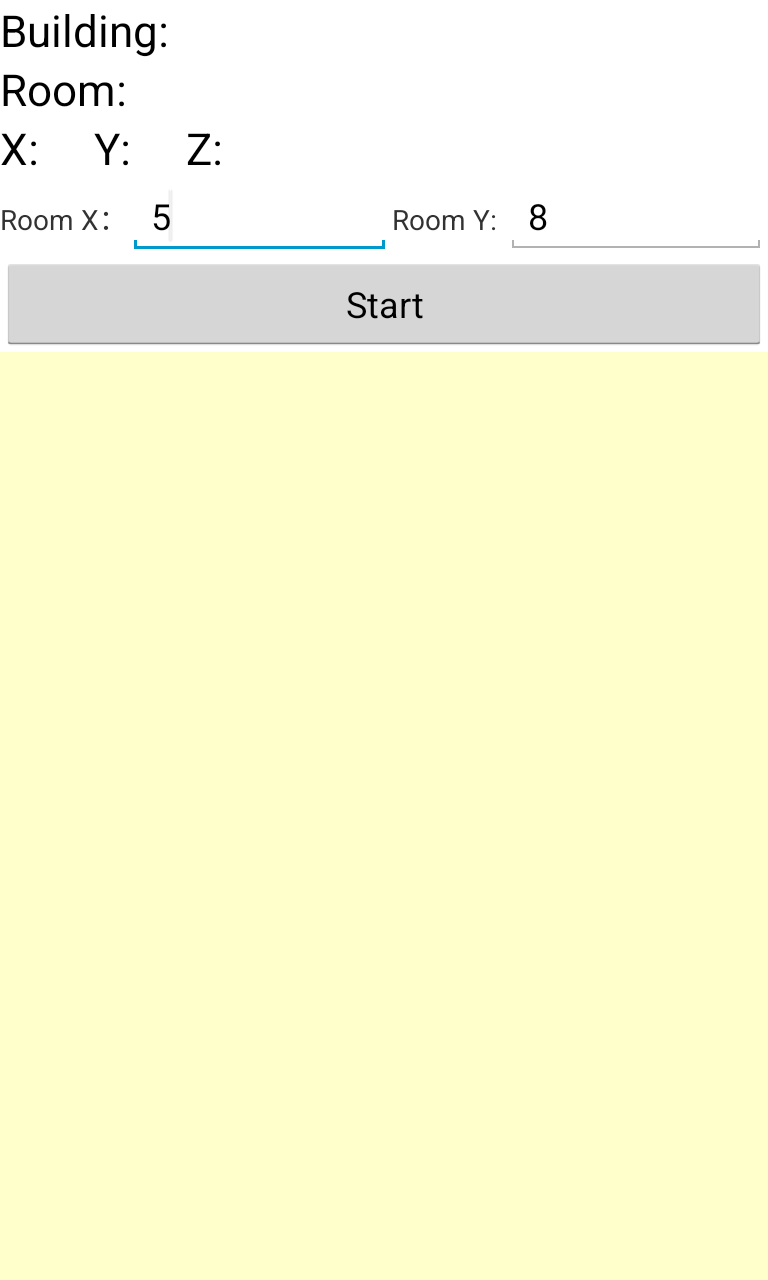
Repository: RenchuSong/tMap_Android
Layout: tmap_model_tool/res/layout/locating.xml
An editor plug-in stored every save of this project. The layout is shown before and after the next save, followed by the edit.
It is drawn on a 768 x 1280 px phone screen (xhdpi) without system bars, with theme AppTheme; the app's code is not run.

Above is the layout before, as saved 2014-05-11 22:35:34.

After the next save:
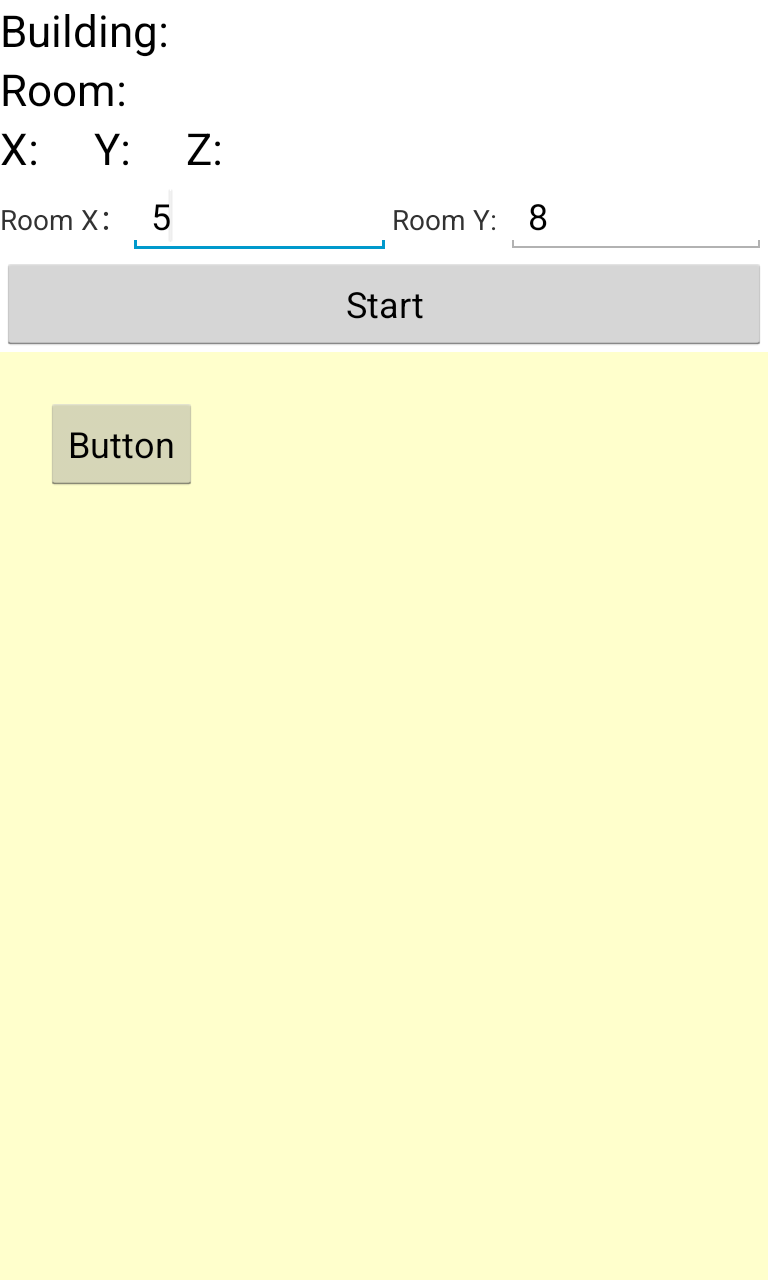
Saved 67 s later.
--- a/tmap_model_tool/res/layout/locating.xml
+++ b/tmap_model_tool/res/layout/locating.xml
@@ -72,6 +72,17 @@
         android:layout_width="match_parent"
         android:layout_height="match_parent"
         android:background="#ffffcc" >
+
+        <Button
+            android:id="@+id/person"
+            android:layout_width="wrap_content"
+            android:layout_height="wrap_content"
+            android:layout_alignParentLeft="true"
+            android:layout_alignParentTop="true"
+            android:layout_marginLeft="22dp"
+            android:layout_marginTop="22dp"
+            android:text="Button" />
+
     </RelativeLayout>
 
 </LinearLayout>

After the save that followed:
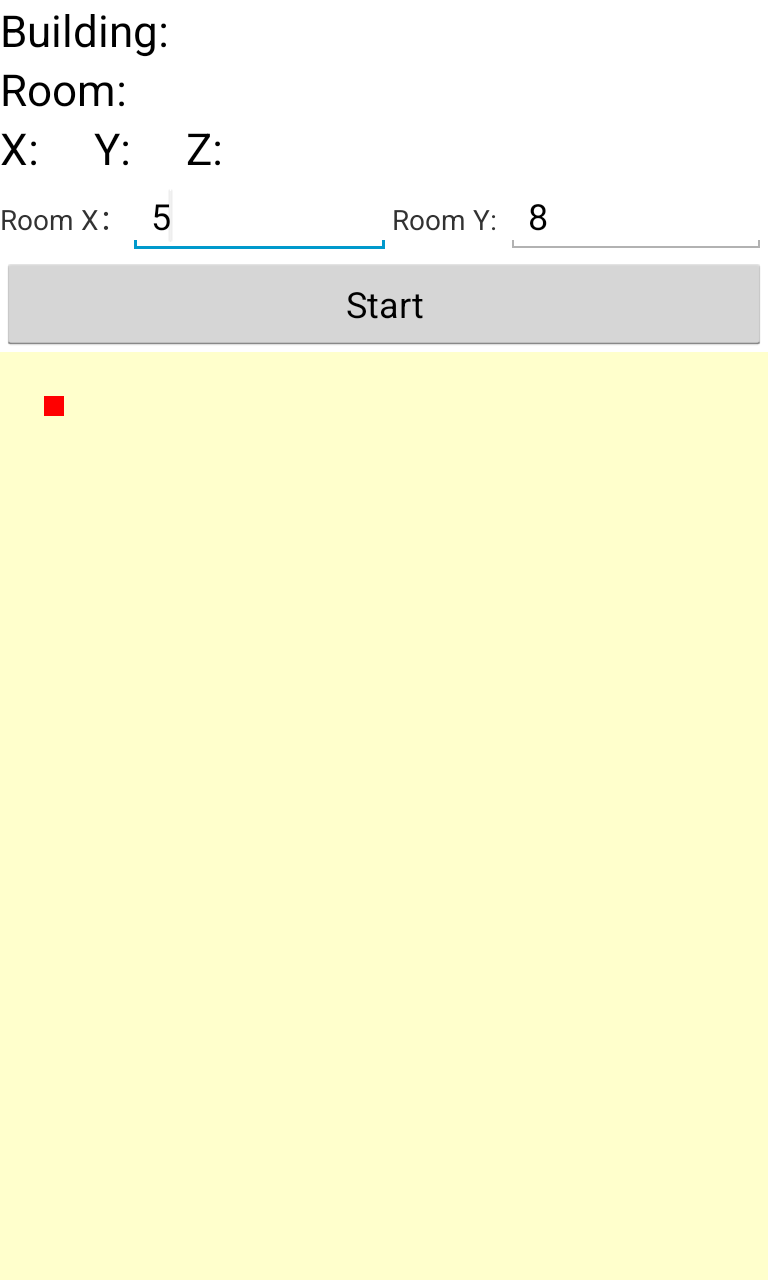
Saved 27 s later.
--- a/tmap_model_tool/res/layout/locating.xml
+++ b/tmap_model_tool/res/layout/locating.xml
@@ -75,13 +75,13 @@
 
         <Button
             android:id="@+id/person"
-            android:layout_width="wrap_content"
-            android:layout_height="wrap_content"
+            android:layout_width="10dp"
+            android:layout_height="10dp"
             android:layout_alignParentLeft="true"
             android:layout_alignParentTop="true"
             android:layout_marginLeft="22dp"
             android:layout_marginTop="22dp"
-            android:text="Button" />
+            android:background="#ff0000" />
 
     </RelativeLayout>
 
